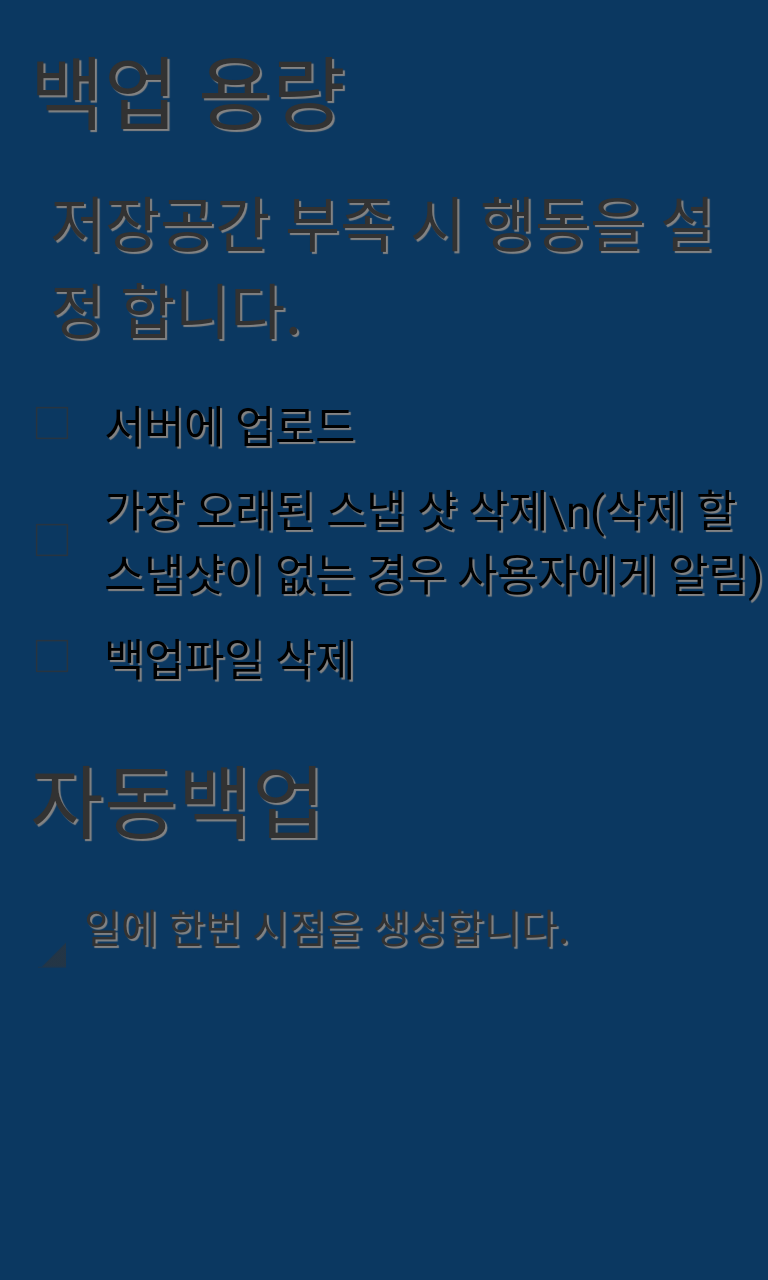
Repository: zzttt/LVM_BackupSol
Layout: TimeTraveler/res/layout/inflate_three.xml
The author's editor kept a copy of each file at every save. The layout is drawn from the files as they stood at one save, then again after the next save.
It is drawn on a 768 x 1280 px phone screen (xhdpi) without system bars, with theme AppTheme; the app's code is not run.

Above is the layout before, as saved 2014-07-02 15:23:43.

After the next save:
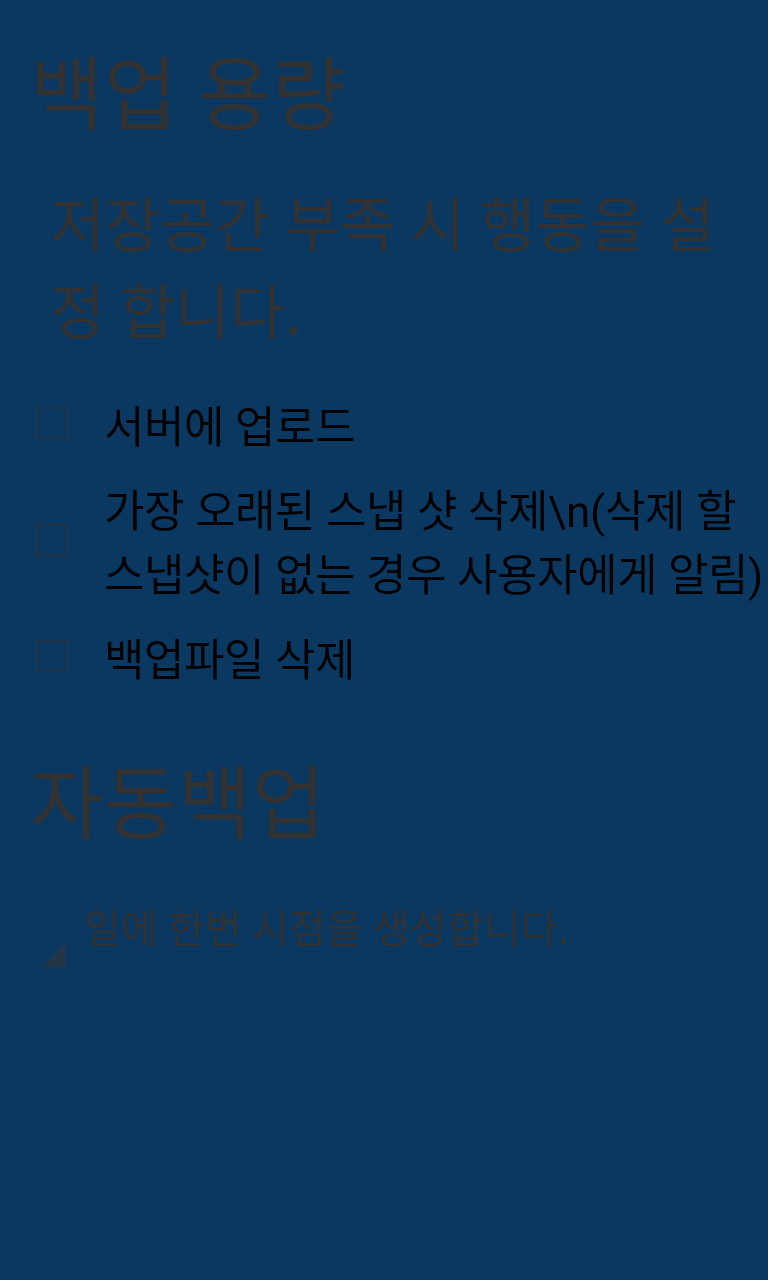
Saved 94 s later.
--- a/TimeTraveler/res/layout/inflate_three.xml
+++ b/TimeTraveler/res/layout/inflate_three.xml
@@ -26,7 +26,6 @@
                 android:shadowColor="#848484"
                 android:shadowDx="2"
                 android:shadowDy="2"
-                android:shadowRadius="0.01"
                 android:text="백업 용량"
                 android:textSize="40sp" />
 
@@ -39,7 +38,6 @@
                 android:shadowColor="#848484"
                 android:shadowDx="2"
                 android:shadowDy="2"
-                android:shadowRadius="0.01"
                 android:text="저장공간 부족 시 행동을 설정 합니다."
                 android:textSize="30sp" />
 
@@ -53,7 +51,6 @@
                 android:shadowColor="#848484"
                 android:shadowDx="2"
                 android:shadowDy="2"
-                android:shadowRadius="0.01"
                 android:text="서버에 업로드"
                 android:textSize="22sp" />
 
@@ -67,7 +64,6 @@
                 android:shadowColor="#848484"
                 android:shadowDx="2"
                 android:shadowDy="2"
-                android:shadowRadius="0.01"
                 android:text="가장 오래된 스냅 샷 삭제\n(삭제 할 스냅샷이 없는 경우 사용자에게 알림)"
                 android:textSize="22sp" />
 
@@ -81,7 +77,6 @@
                 android:shadowColor="#848484"
                 android:shadowDx="2"
                 android:shadowDy="2"
-                android:shadowRadius="0.01"
                 android:text="백업파일 삭제"
                 android:textSize="22sp" />
 
@@ -93,7 +88,6 @@
                 android:shadowColor="#848484"
                 android:shadowDx="2"
                 android:shadowDy="2"
-                android:shadowRadius="0.01"
                 android:text="자동백업"
                 android:textSize="40sp" />
 
@@ -113,8 +107,7 @@
                     android:gravity="center_vertical"
                     android:shadowColor="#848484"
                     android:shadowDx="2"
-                    android:shadowDy="2"
-                    android:shadowRadius="0.01" />
+                    android:shadowDy="2" />
 
                 <TextView
                     android:layout_width="match_parent"
@@ -125,7 +118,6 @@
                     android:shadowColor="#848484"
                     android:shadowDx="2"
                     android:shadowDy="2"
-                    android:shadowRadius="0.01"
                     android:text=" 일에 한번 시점을 생성합니다."
                     android:textSize="20sp" />
             </RelativeLayout>

After the save that followed:
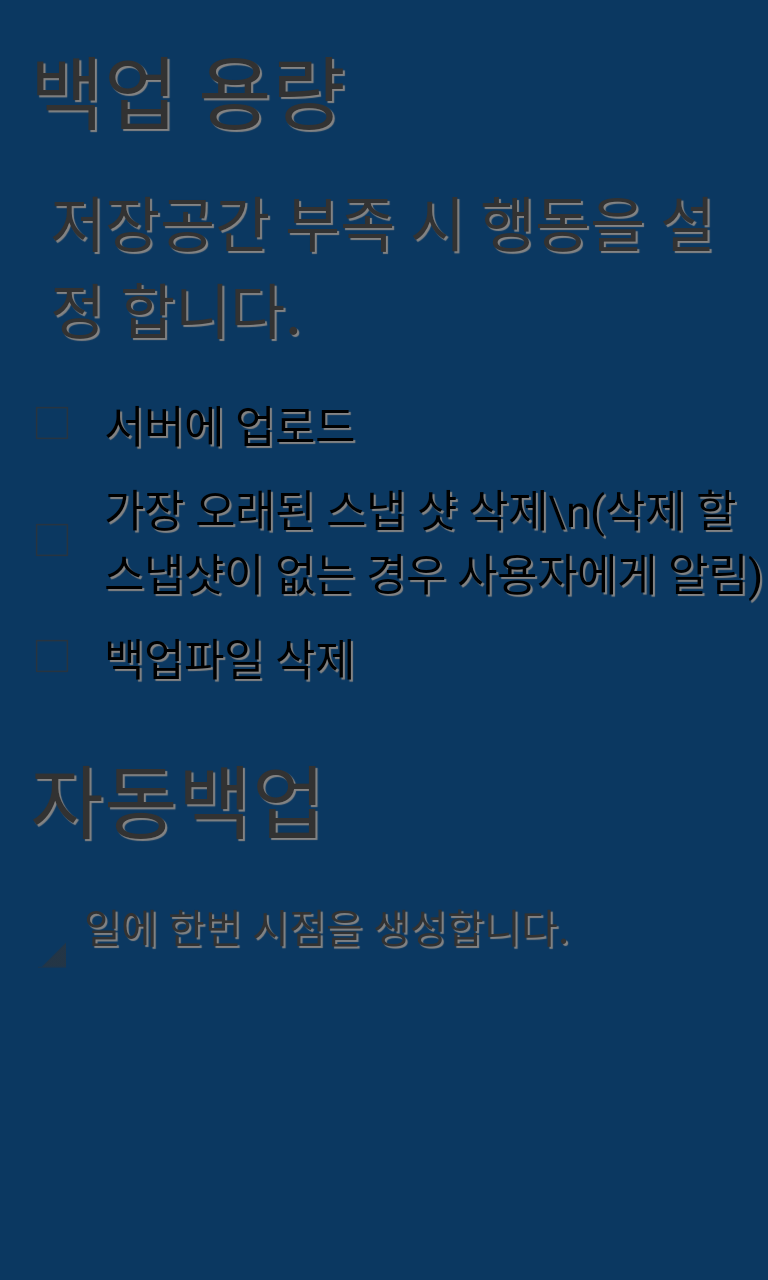
Saved 21 s later.
--- a/TimeTraveler/res/layout/inflate_three.xml
+++ b/TimeTraveler/res/layout/inflate_three.xml
@@ -26,6 +26,7 @@
                 android:shadowColor="#848484"
                 android:shadowDx="2"
                 android:shadowDy="2"
+                android:shadowRadius="0.01"
                 android:text="백업 용량"
                 android:textSize="40sp" />
 
@@ -38,6 +39,7 @@
                 android:shadowColor="#848484"
                 android:shadowDx="2"
                 android:shadowDy="2"
+                android:shadowRadius="0.01"
                 android:text="저장공간 부족 시 행동을 설정 합니다."
                 android:textSize="30sp" />
 
@@ -51,6 +53,7 @@
                 android:shadowColor="#848484"
                 android:shadowDx="2"
                 android:shadowDy="2"
+                android:shadowRadius="0.01"
                 android:text="서버에 업로드"
                 android:textSize="22sp" />
 
@@ -64,6 +67,7 @@
                 android:shadowColor="#848484"
                 android:shadowDx="2"
                 android:shadowDy="2"
+                android:shadowRadius="0.01"
                 android:text="가장 오래된 스냅 샷 삭제\n(삭제 할 스냅샷이 없는 경우 사용자에게 알림)"
                 android:textSize="22sp" />
 
@@ -77,6 +81,7 @@
                 android:shadowColor="#848484"
                 android:shadowDx="2"
                 android:shadowDy="2"
+                android:shadowRadius="0.01"
                 android:text="백업파일 삭제"
                 android:textSize="22sp" />
 
@@ -88,6 +93,7 @@
                 android:shadowColor="#848484"
                 android:shadowDx="2"
                 android:shadowDy="2"
+                android:shadowRadius="0.01"
                 android:text="자동백업"
                 android:textSize="40sp" />
 
@@ -104,10 +110,11 @@
                     android:layout_marginLeft="15dp"
                     android:layout_marginTop="20dp"
                     android:drawSelectorOnTop="true"
-                    android:gravity="center_vertical"
-                    android:shadowColor="#848484"
-                    android:shadowDx="2"
-                    android:shadowDy="2" />
+                android:shadowColor="#848484"
+                android:shadowDx="2"
+                android:shadowDy="2"
+                android:shadowRadius="0.01"
+                    android:gravity="center_vertical" />
 
                 <TextView
                     android:layout_width="match_parent"
@@ -118,6 +125,7 @@
                     android:shadowColor="#848484"
                     android:shadowDx="2"
                     android:shadowDy="2"
+                    android:shadowRadius="0.01"
                     android:text=" 일에 한번 시점을 생성합니다."
                     android:textSize="20sp" />
             </RelativeLayout>
